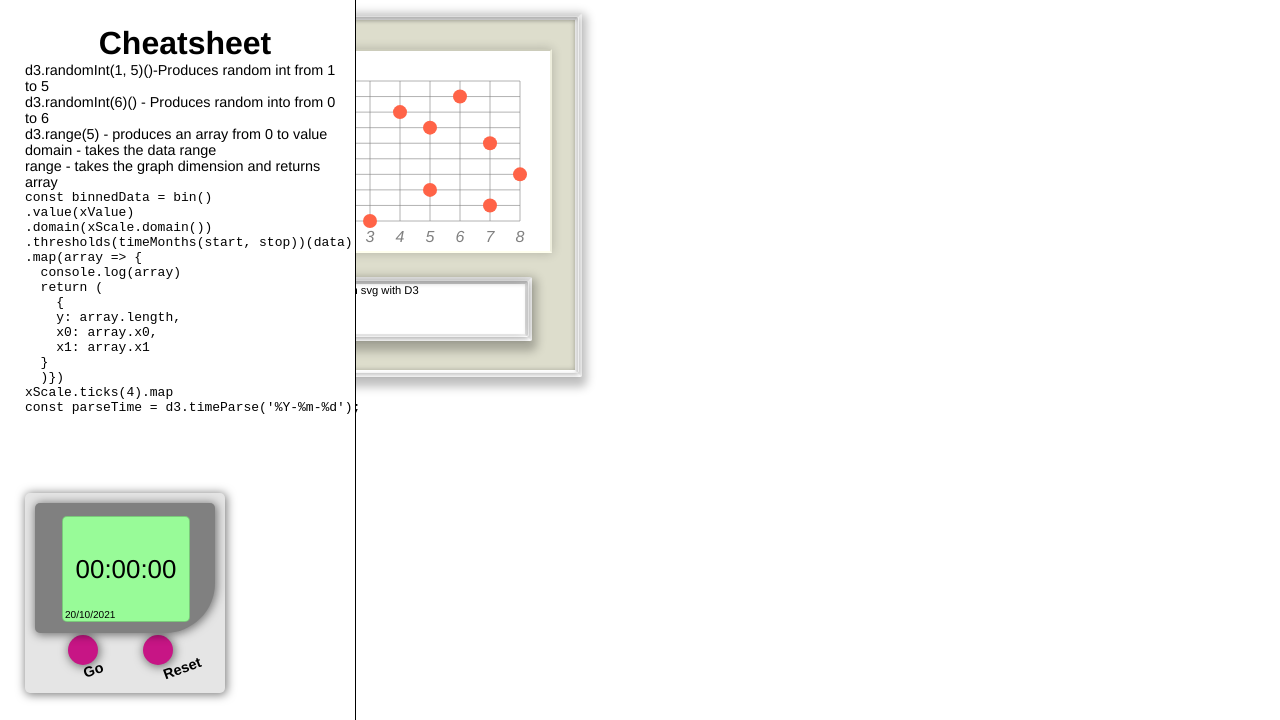
Repository: Lewisjohnward/100-days-of-d3
Page: /
The author's editor kept a copy of each file at every save. The page is drawn from the files as they stood at one save, then again after the next save.
The browser window is 1280 px wide. The pictures show the whole page.
The page's requests for data from a server got no answer. An inner scrolling area shows only its first screen. The project was rebuilt for these pictures with package versions that can differ from the ones it lists, and the page was loaded fresh each time. No one was signed in, and anything a server would have sent is missing. Also part of the build but not shown: src/charts/chart2/useGetData.js, src/charts/chart2/styles.js, src/charts/chart2/Chart.js, src/charts/chart3/useGetData.js, src/charts/chart3/styles.js, src/charts/chart3/Chart.js, src/charts/chart4/useGetData.js, src/charts/chart4/styles.js and 4 more.

Above is the page before, as saved 2021-10-20 15:31:24.

### src/App.js
import styled from "styled-components";
import { Chart1, Chart2, Chart3, Chart4, Chart5 } from "./charts/index.js";
import { Hello } from "./components/HelloD3";
import { Navbar } from "./components/Navbar.js";

const BodyContainer = styled.div`
  position: relative;
  z-index: 99;
  display: flex;
  height: ${({ height }) => height}px;
  overflow: hidden;
`;

const ChartGrid = styled.div`
  width: 75%;
  display: grid;
  overflow: scroll;
  grid-template-columns: repeat(3, 400px);
  grid-template-rows: repeat(2, 400px);
  justify-content: center;
  align-items: start;
  align-content: start;
  grid-gap: 0px;
  border-left: 1px solid black;
  padding: 1%;
`;



const height = window.innerHeight;

function App() {
  return (
    <BodyContainer height={height}>
      <Hello />
      <Navbar />
      <ChartGrid>
        <Chart1 />
        <Chart2 />
        <Chart2 />
        <Chart3 />
        <Chart4 />
        <Chart5 />
      </ChartGrid>
    </BodyContainer>
  );
}

export default App;

### src/index.css
*{
    margin: 0;
    padding: 0;
}

body {
    font-family: Helvetica, "Trebuchet MS", Verdana, sans-serif;
}

### src/charts/index.js
export { Test as Chart1} from "./chart1/Chart"
export { Chart as Chart2} from "./chart2/Chart"
export { Chart as Chart3} from "./chart3/Chart"
export { Chart as Chart4} from "./chart4/Chart"
export { Chart as Chart5} from "./chart5/Chart"

### src/components/HelloD3.js
import { useState } from "react";
import styled, { keyframes } from "styled-components";

const letterAnimation = keyframes`
    0% {transform: rotate(0deg);}
    20% {transform: rotate(-45deg);}
    100% {transform: rotate(-45deg);}
`;

const TextContainer = styled.div`
  position: absolute;
  top: 25%;
  display: flex;
  font-size: 10em;

`;

const LetterContainer = styled.div`
  &.fallanimation {
    transition: transform 1s;
    transform: translateY(942px);
  }

  p {
    font-weight: ${({bold}) => bold ? 600: 300};
    &.fallanimation {
      animation: ${letterAnimation} ease-out 1s forwards;
    }
  }
`;

const word = "Hello";
const d3 = "D3"
const d3Array = d3.split("");
const wordArray = word.split("");
const height = window.innerHeight;

export const Hello = () => {
  return (
    <TextContainer>
      {wordArray.map((d) => (
        <Letter letter={d} />
      ))}
      {d3Array.map((d) => (
        <Letter letter={d} bold={true}/>
      ))}
    </TextContainer>
  );
};

const Letter = ({ letter, bold}) => {
  const [visible, setVisible] = useState(true);

  const handleMouseEnter = () => {
    setVisible((prev) => !prev);
  };

  return (
    <LetterContainer className={!visible && "fallanimation"} height={height} bold={bold}>
      <p
        className={!visible && "fallanimation"}
        onMouseEnter={() => handleMouseEnter()}
      >
        {letter}
      </p>
    </LetterContainer>
  );
};

### src/components/Navbar.js
import { useState } from "react";
import styled from "styled-components";
import {TimerComponent as Timer} from "./Timer"

const NavContainer = styled.div`
  position: relative;
  height: 100%;
  width: 25%;
  background: white;
  padding: 25px 10px 25px 25px;

  > p {
    font-size: 0.9em;
  }
`;

const Title = styled.div`
  font-size: 2em;
  font-weight: 700;
  text-align: center;
`;

const code = `const binnedData = bin()
.value(xValue)
.domain(xScale.domain())
.thresholds(timeMonths(start, stop))(data)
.map(array => {
  console.log(array)
  return (
    {
    y: array.length,
    x0: array.x0,
    x1: array.x1
  }
  )})`;

export const Navbar = () => {
  const [visible, setVisible] = useState(false);
  return (
    <NavContainer visible={visible}>

      <Title>Cheatsheet</Title>
      <p>d3.randomInt(1, 5)()-Produces random int from 1 to 5</p>
      <p>d3.randomInt(6)() - Produces random into from 0 to 6</p>
      <p>d3.range(5) - produces an array from 0 to value</p>
      <p>domain - takes the data range</p>
      <p>range - takes the graph dimension and returns array</p>
      <pre>
        <code>{code}</code>
      </pre>
      <pre>
        <code>xScale.ticks(4).map</code>
      </pre>
      <pre>
        <code>const parseTime = d3.timeParse('%Y-%m-%d');</code>
      </pre>
      <Timer />
    </NavContainer>
  );
};

### src/charts/chart1/Chart.js
import { useState } from "react";
import { randomInt, range, scaleLinear, max } from "d3";
import {
  Frame,
  Svg,
  ChartContainer,
  Description,
  DescriptionContainer,
  Signature,
} from "./styles";

const data = range(10).map((d) => ({
  a: randomInt(10)(),
  b: d,
}));

const margin = {
  top: 30,
  right: 30,
  bottom: 30,
  left: 30,
};

const height = 200;
const width = 300;

const AxisTickOffset = 7;

const innerHeight = height - margin.top - margin.bottom;
const innerWidth = width - margin.left - margin.right;

export const Chart = () => {
  const xValue = (d) => d.a;
  const yValue = (d) => d.b;

  const xAxisScale = scaleLinear()
    .domain([0, max(data, xValue)])
    .range([0, innerWidth])
    .nice();

  const yAxisScale = scaleLinear()
    .domain([0, max(data, yValue)])
    .range([innerHeight, 0])
    .nice();

  return (
    <Frame>
      <ChartContainer>
        <Svg height={height} width={width}>
          <g transform={`translate(${margin.left}, ${margin.top})`}>
            {xAxisScale.ticks().map((tickValue) => (
              <g transform={`translate(${xAxisScale(tickValue)}, 0)`}>
                <line y2={innerHeight} stroke="black" />
                <text
                  y={innerHeight + 3 * AxisTickOffset}
                  style={{ textAnchor: "middle" }}
                >
                  {tickValue}
                </text>
              </g>
            ))}

            {yAxisScale.ticks().map((tickValue) => (
              <g transform={`translate(0, ${yAxisScale(tickValue)})`}>
                <line x2={innerWidth} stroke="black" />
                <text
                  x={-AxisTickOffset}
                  dy="0.32em"
                  style={{ textAnchor: "end" }}
                >
                  {tickValue}
                </text>
              </g>
            ))}
            {data.map(({ a, b }) => (
              <Mark x={xAxisScale(a)} y={yAxisScale(b)} r={7} />
            ))}
          </g>
        </Svg>

        <Frame small={"true"}>
          <DescriptionContainer>
            <Description>Scatter graph on svg with D3</Description>
            <Signature>09/10/21 - L Ward</Signature>
          </DescriptionContainer>
        </Frame>
      </ChartContainer>
    </Frame>
  );
};

export const Chart1= () => {
  const xValue = (d) => d.a;
  const yValue = (d) => d.b;

  const xAxisScale = scaleLinear()
    .domain([0, max(data, xValue)])
    .range([0, innerWidth])
    .nice();

  const yAxisScale = scaleLinear()
    .domain([0, max(data, yValue)])
    .range([innerHeight, 0])
    .nice();

  return (
        <Svg height={height} width={width}>
          <g transform={`translate(${margin.left}, ${margin.top})`}>
            {xAxisScale.ticks().map((tickValue) => (
              <g transform={`translate(${xAxisScale(tickValue)}, 0)`}>
                <line y2={innerHeight} stroke="black" />
                <text
                  y={innerHeight + 3 * AxisTickOffset}
                  style={{ textAnchor: "middle" }}
                >
                  {tickValue}
                </text>
              </g>
            ))}

            {yAxisScale.ticks().map((tickValue) => (
              <g transform={`translate(0, ${yAxisScale(tickValue)})`}>
                <line x2={innerWidth} stroke="black" />
                <text
                  x={-AxisTickOffset}
                  dy="0.32em"
                  style={{ textAnchor: "end" }}
                >
                  {tickValue}
                </text>
              </g>
            ))}
            {data.map(({ a, b }) => (
              <Mark x={xAxisScale(a)} y={yAxisScale(b)} r={7} />
            ))}
          </g>
        </Svg>
  );
};

const Mark = ({ x, y, r }) => {
  const [tooltipVisible, setToolTipVisible] = useState(false);

  return (
    <>
    <circle
        cx={x}
        cy={y}
        r={r}
        fill={"black"}
        onMouseEnter={() => setToolTipVisible(!tooltipVisible)}
        onMouseLeave={() => setToolTipVisible(!tooltipVisible)}
      />
      {tooltipVisible && <rect x={x + 10} y={y - 25} height={50} width={50} rx={5} />}

    </>
  );
};

export const Test = () => {
  return (
    <Frame>
    <ChartContainer>
      <Chart1 />
    <Frame small={"true"}>
          <DescriptionContainer>
          <Description>Scatter graph on svg with D3</Description>
            <Signature>09/10/21 - L Ward</Signature>
          </DescriptionContainer>
        </Frame>
      </ChartContainer>
    </Frame>
  )


}

### src/components/Timer.js
import { useState, useEffect } from "react";
import styled, { keyframes } from "styled-components";

const Icon = styled.div`
  position: absolute;
  bottom: 10%;
  height: 200px;
  width: 200px;
  padding: 0px;
  margin: 0px;

  color: black;
  overflow: hidden;
  background: rgb(229, 229, 229);
  opacity: 1;
  text-shadow: none;
  font-weight: 300;
  font-size: 0.9em;
  box-shadow: 1px 1px 10px 1px rgba(0, 0, 0, 0.5);
  border-radius: 5px;
`;

const Container = styled.div`
  height: 100%;
  width: 100%;
  display: flex;
  flex-direction: column;
  justify-content: center;
  align-items: center;
`;

const Timer = styled.div`
  position: relative;
  background: gray;
  height: 65%;
  width: 90%;
  border-radius: 5px 5px 50px 5px;
  box-shadow: 1px 1px 10px 1px rgba(0, 0, 0, 0.5);
`;

const TimerContainer = styled.div`
  position: absolute;
  top: 10%;
  left: 15%;
  height: 80%;
  width: 70%;
  display: flex;
  justify-content: center;
  align-items: center;

  background: palegreen;
  border-radius: 5px;
  border: 1px solid rgba(0, 0, 0, 0.2);
  font-size: 1.8em;
`;

const ButtonContainer = styled.div`
  height: 25%;
  width: 80%;
  display: flex;

  flex-direction: row;
  justify-content: space-around;
  align-items: center;
`;

const Start_StopContainer = styled.div`
  display: flex;
  align-items: center;
  justify-content: center;
  background: mediumvioletred;
  width: 30px;
  height: 30px;
  border-radius: 100%;
  box-shadow: 1px 1px 10px 1px rgba(0, 0, 0, 0.5);
  font-size: 1.2em;
  font-weight: 800;
  cursor: pointer;

  &:active {
    transition: transform 0.1s box-shadow 0.1s;
    transform: translateY(10%);
  }
`;

const ButtonDiv = styled.div`
  font-weight: 600;

  p {
    transform: translate(50%, -30%) rotate(-20deg);
  }
`;

const DateContainer = styled.div`
  position: absolute;
  top: 58%;
  left: 20%;
  font-size: 0.7em;
  text-decoration: italic;

  .today {
    right: 0%;
  }
`;

export const TimerComponent = ({ grid }) => {
  const [seconds, setSeconds] = useState(0);
  const [active, setActive] = useState(false);

  useEffect(() => {
    const seconds = parseInt(localStorage.getItem("seconds-d3")) || 0;
    const active = localStorage.getItem("state-d3") || false;
    setActive(active);
    setSeconds(seconds);
  }, []);

  useEffect(() => {
    if (active) {
      setTimeout(() => {
        setSeconds((prev) => prev + 1);
      }, 1000);
    }
    localStorage.setItem("seconds-d3", seconds);
    localStorage.setItem("state-d3", active);
  }, [active, seconds]);

  function secondsToTime(e) {
    var h = Math.floor(e / 3600)
        .toString()
        .padStart(2, "0"),
      m = Math.floor((e % 3600) / 60)
        .toString()
        .padStart(2, "0"),
      s = Math.floor(e % 60)
        .toString()
        .padStart(2, "0");

    return h + ":" + m + ":" + s;
    //return `${h}:${m}:${s}`;
  }

  return (
    <Icon className={`icon`}>
      <Container>
        <Timer>
          <TimerContainer>{secondsToTime(seconds)}</TimerContainer>
        </Timer>
        <DateContainer>20/10/2021</DateContainer>

        <ButtonContainer>
          <ButtonDiv>
            <Start_StopContainer
              onClick={() => {
                if (!active) {
                  setActive(true);
                }
              }}
            />
            <p>Go</p>
          </ButtonDiv>
          {active ? (
            <ButtonDiv>
              <Start_StopContainer onClick={() => setActive(false)} />
              <p>Stop</p>
            </ButtonDiv>
          ) : (
            <ButtonDiv>
              <Start_StopContainer onClick={() => setSeconds(0)} />
              <p>Reset</p>
            </ButtonDiv>
          )}
        </ButtonContainer>
      </Container>
    </Icon>
  );
};

### src/charts/chart1/styles.js
import styled from "styled-components";

export const Frame = styled.div`
  height: ${({ small }) => (small ? "50px" : "350px")};
  width: ${({ small }) => (small ? "250px" : "350px")};
  background-color: #ddc;
  border: solid 1vmin #eee;
  border-bottom-color: #fff;
  border-left-color: #eee;
  border-radius: 2px;
  border-right-color: #eee;
  border-top-color: #ddd;
  box-shadow: 0 0 5px 0 rgba(0, 0, 0, 0.25) inset,
    0 5px 10px 5px rgba(0, 0, 0, 0.25);

  position: relative;
  text-align: center;
  &:before {
    border-radius: 2px;
    bottom: -0.4vmin;
    box-shadow: 0 2px 5px 0 rgba(0, 0, 0, 0.25) inset;
    content: "";
    left: -0.4vmin;
    position: absolute;
    right: -0.4vmin;
    top: -0.4vmin;
  }
  &:after {
    border-radius: 2px;
    bottom: -0.5vmin;
    box-shadow: 0 2px 5px 0 rgba(0, 0, 0, 0.25);
    content: "";
    left: -0.5vmin;
    position: absolute;
    right: -0.5vmin;
    top: -0.5vmin;
  }
`;

export const ChartContainer = styled.div`
position: relative;
z-index: 999;
  display: flex;
  flex-direction: column;
  justify-content: space-around;
  align-items: center;
  height: 100%;
  width: 100%;
  padding: 5% 1%;
  box-sizing: border-box;
`;

export const Svg = styled.svg`
  height: ${({ height }) => height}px;
  width: ${({ width }) => width}px;
  background: white;
  box-shadow: 0px 0px 10px 0px rgba(0, 0, 0, 0.2);
  border: solid 2px;
  border-bottom-color: #ffe;
  border-left-color: #eed;
  border-right-color: #eed;
  border-top-color: #ccb;


  line {
    stroke: gray;
    opacity: 0.6;
  }

  circle {
    fill: tomato;
  }

  text {
    font-style: italic;
    fill: gray;
  }

  rect {
    stroke: tomato;
    fill: white;
  }
`;

export const DescriptionContainer = styled.div`
  box-sizing: border-box;
  display: flex;
  flex-direction: column;
  justify-content: space-between;
  width: 100%;
  height: 100%;
  box-shadow: 0px 0px 10px 0px rgba(0, 0, 0, 0.2);
  background: white;
`;

export const Description = styled.p`
  text-align: left;
  font-size: 0.7em;
`;

export const Signature = styled.p`
  text-align: left;
  font-style: italic;
  font-size: 0.6em;
`;

Loaded but not shown: public/index.html (common file); src/index.js (common file)

After the next save:
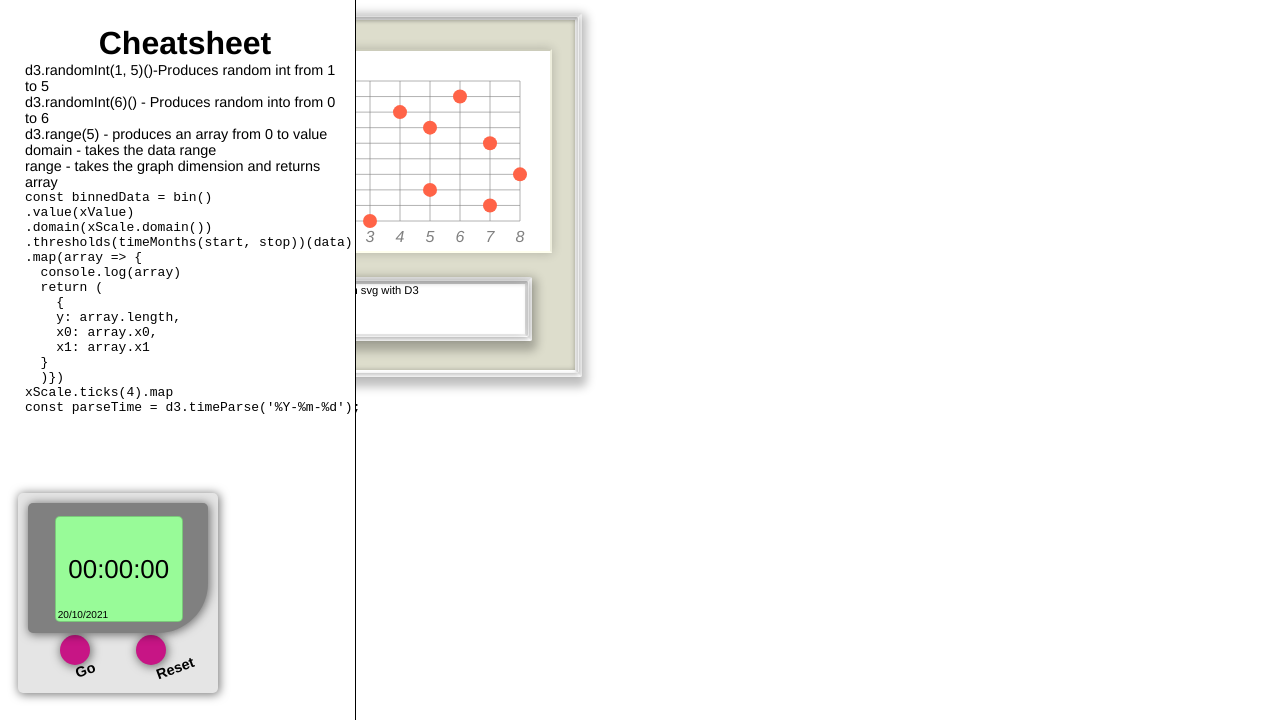
Saved 5 s later.
--- a/src/components/Timer.js
+++ b/src/components/Timer.js
@@ -4,6 +4,7 @@ import styled, { keyframes } from "styled-components";
 const Icon = styled.div`
   position: absolute;
   bottom: 10%;
+  left: 5%;
   height: 200px;
   width: 200px;
   padding: 0px;
